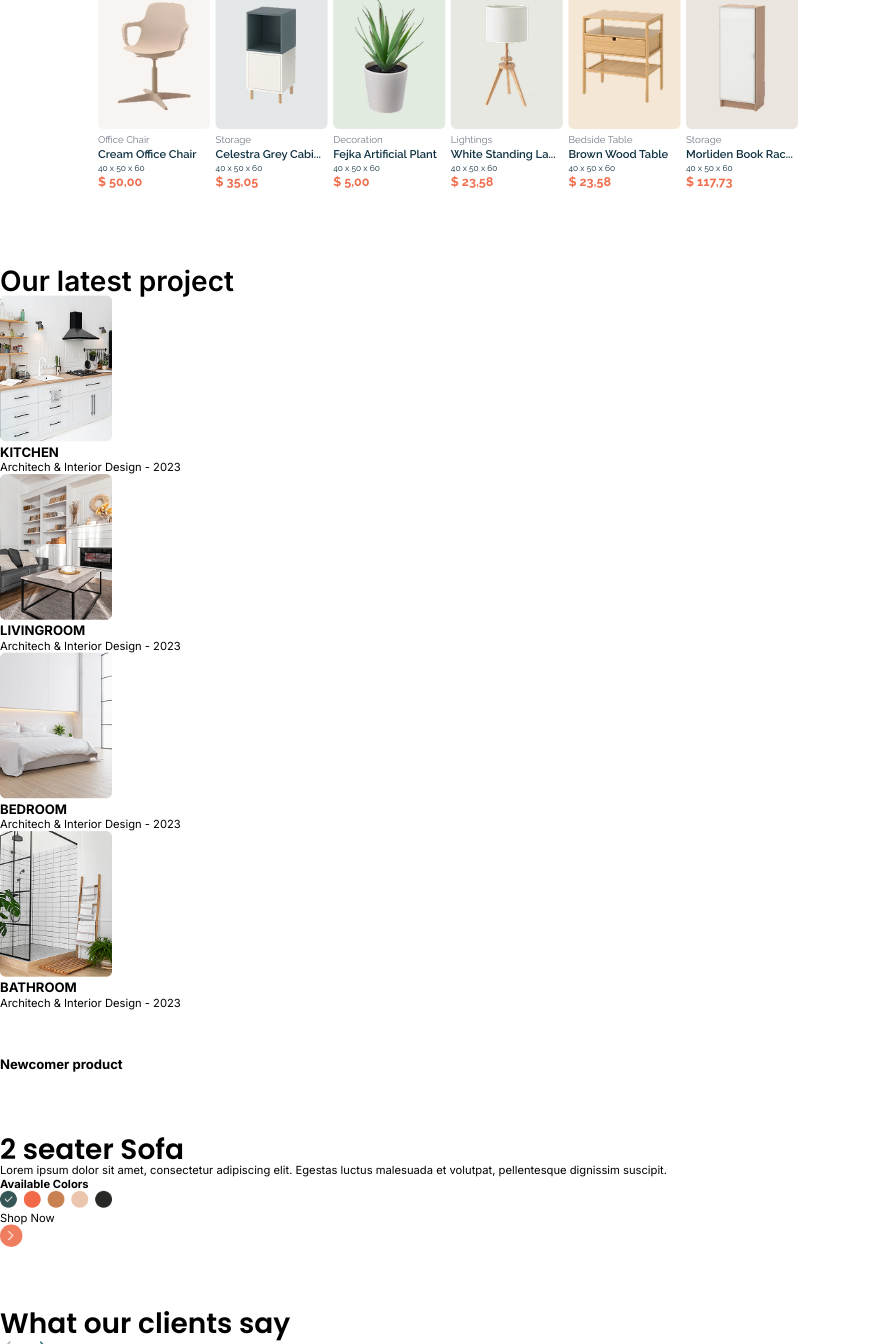
Repository: MatheusEich15/FrontEnd
Page: Prova 1 FrontEnd/Prova 1 FrontEnd/index.html
The author's editor kept a copy of each file at every save. The page is drawn from the files as they stood at one save, then again after the next save.
The browser window is 1280 px wide. The pictures show the part of the page from y = 1996 to 3916 px (the page is 4800 px tall before and 4807 px after), at 70% of full size.

Above is the page before, as saved 2026-03-12 14:22:39.

After the next save:
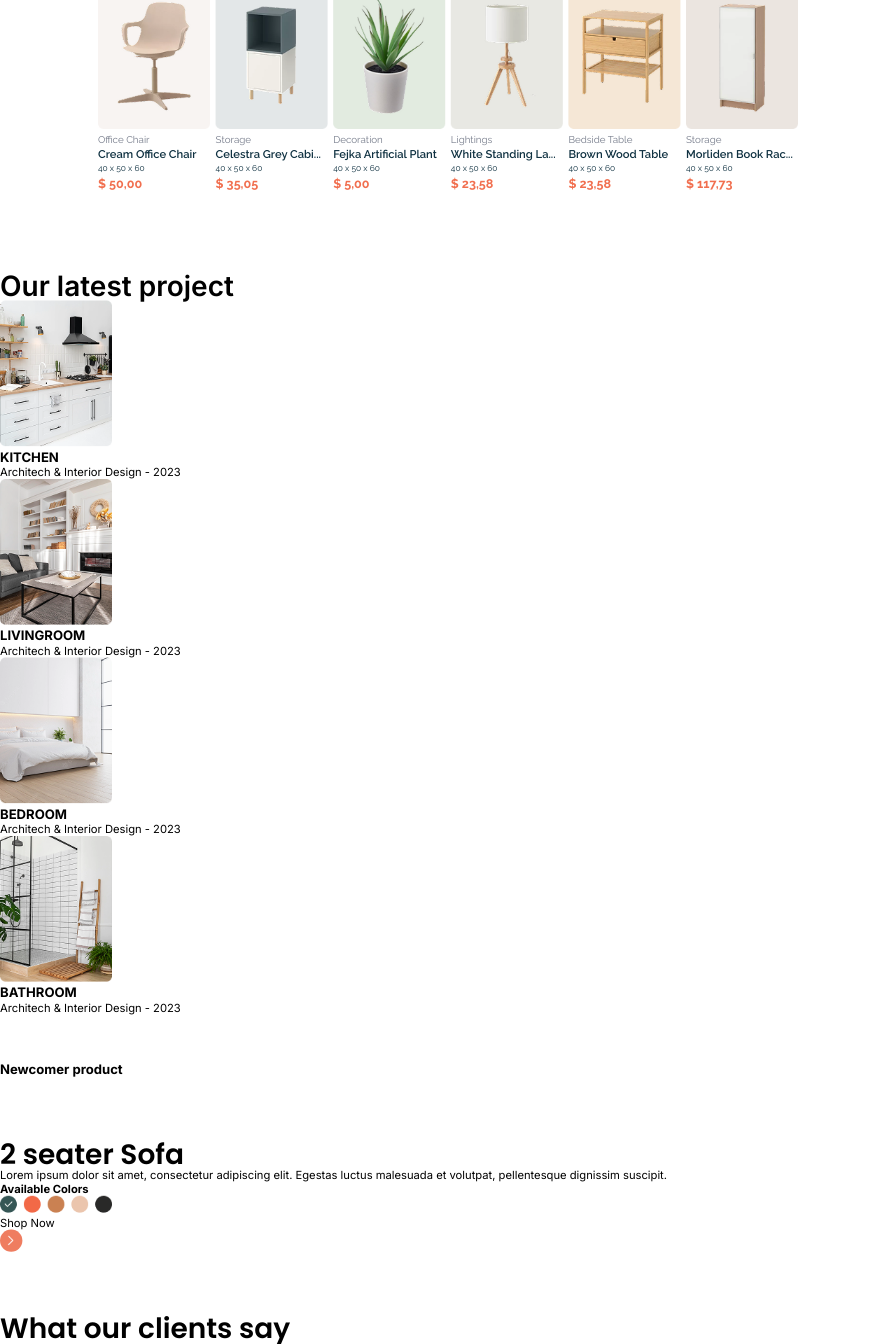
Saved 12 s later.
--- a/Prova 1 FrontEnd/Prova 1 FrontEnd/style.css
+++ b/Prova 1 FrontEnd/Prova 1 FrontEnd/style.css
@@ -254,6 +254,6 @@ header {
     color: var(--orange);
     font-weight: 700;
     font-size: 1.125rem;
-    line-height: ;
+    line-height: 1.75rem;
     letter-spacing: ;
 }
